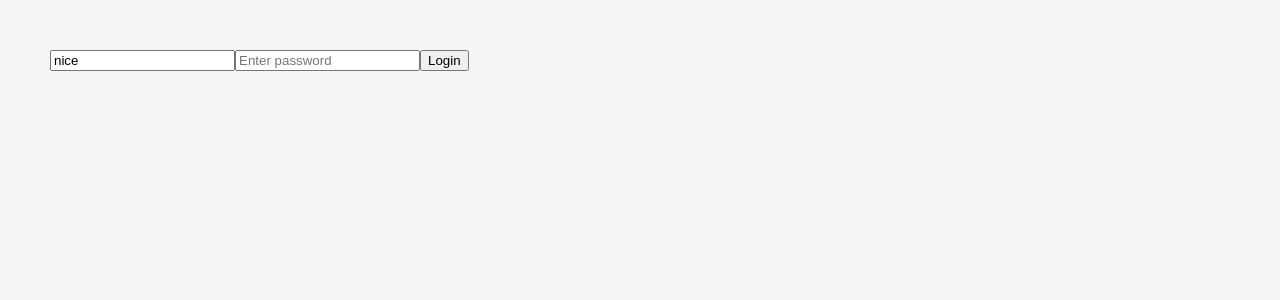
Repository: aanchal0205/yumili
Page: /
An editor plug-in stored every save of this project. The page is shown before and after the next save, followed by the edit.
The browser window is 1280 px wide. The pictures show the whole page.
The project was rebuilt for these pictures with package versions that can differ from the ones it lists, and the page was loaded fresh each time.

Above is the page before, as saved 2021-12-18 09:19:26.

After the next save:
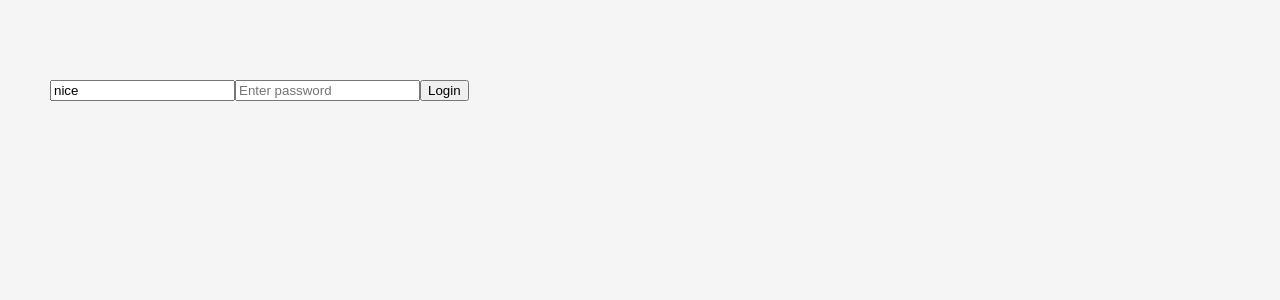
Saved 21 s later.
--- a/src/App.css
+++ b/src/App.css
@@ -45,3 +45,8 @@ body
   justify-content: space-around;
 
 }
+
+.login-form
+{
+  font-size: 48px;
+}
